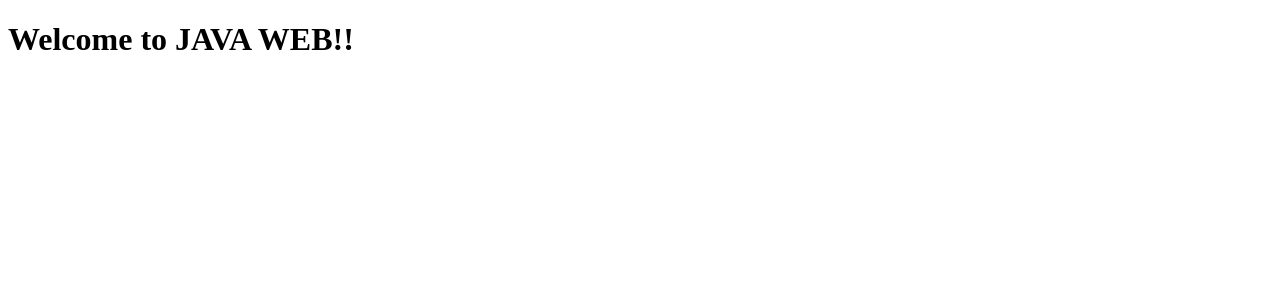
Repository: mahen035/mars-java
Page: web-demo/src/main/webapp/index.html
The author's editor kept a copy of each file at every save. The page is drawn from the files as they stood at one save, then again after the next save.
The browser window is 1280 px wide. The pictures show the whole page.

Above is the page before, as saved 2024-01-08 17:51:02.

After the next save:
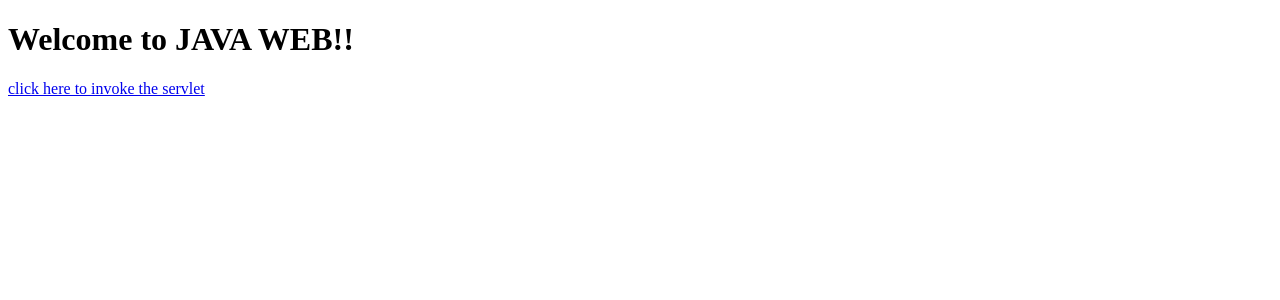
Saved 78 s later.
--- a/web-demo/src/main/webapp/index.html
+++ b/web-demo/src/main/webapp/index.html
@@ -6,5 +6,6 @@
 </head>
 <body>
 <h1> Welcome to JAVA WEB!!</h1>
+<a href="/login">click here to invoke the servlet</a>
 </body>
 </html>
